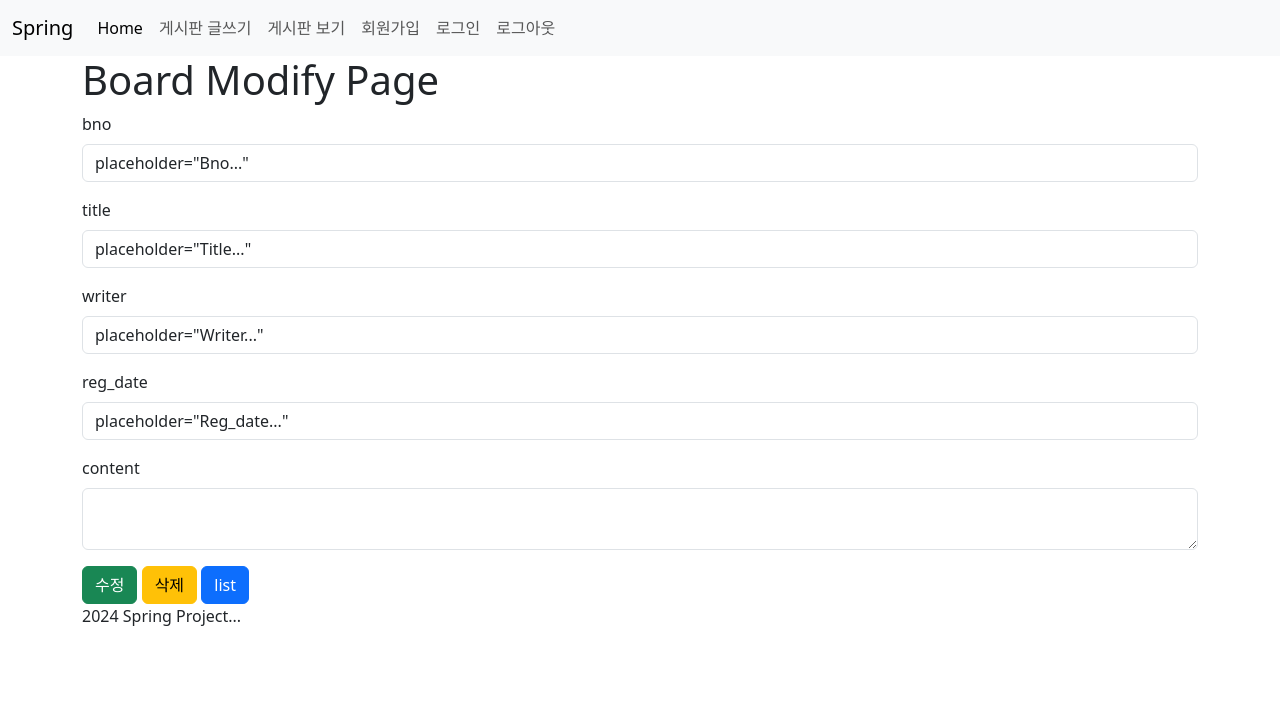
Repository: wanted2001/jsp_project
Page: http://localhost/spring_study/WEB-INF/views/board/modify.jsp
These files come from the project's save history. The page is drawn as it stood at one moment and after the next save; the edit follows.
The browser window is 1280 px wide. The pictures show the whole page.
The page is served by Tomcat 9. Nobody is signed in. The template is opened directly, without the code that normally fills it, so the values that code supplies are empty.

Above is the page before, as saved 2024-04-24 06:13:41.

After the next save:
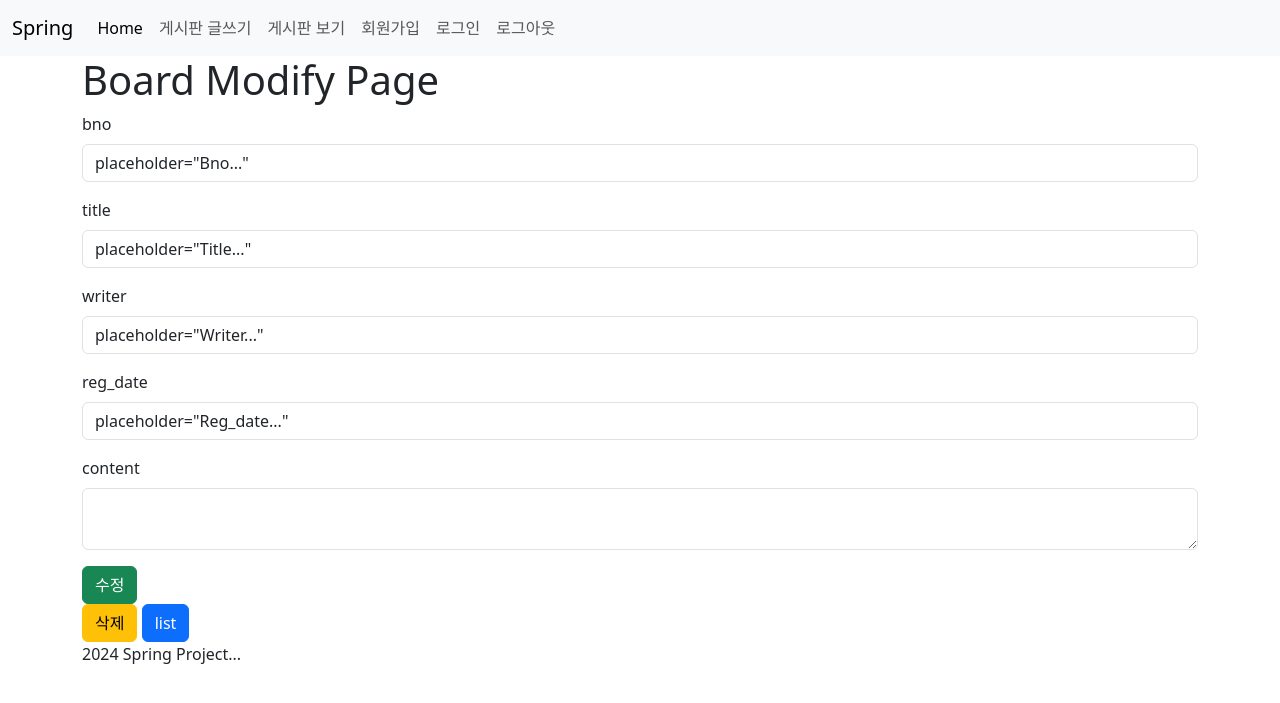
Saved 32 s later.
--- a/spring_study/src/main/webapp/WEB-INF/views/board/modify.jsp
+++ b/spring_study/src/main/webapp/WEB-INF/views/board/modify.jsp
@@ -3,6 +3,7 @@
 <jsp:include page="../layout/header.jsp" />
 <div class="container-md">
 		<h1>Board Modify Page</h1>
+		<form action="">
 		<div class="mb-3">
 	  		<label for="n" class="form-label">bno</label>
 	  		<input type="text" class="form-control" name="bno" id="n"  value=${detail.bno } placeholder="Bno..."  readonly="readonly">
@@ -24,6 +25,7 @@
   			<textarea class="form-control" id="c" name="content"  value=${detail.content }  aria-label="With textarea"  ></textarea>
 		</div>
 		<button type="submit" class="btn btn-success">수정</button>
+		</form>
 		<a href="/board/remove?${detail.bno}"><button type="button" class="btn btn-warning">삭제</button></a>
 		<a href="/board/list"><button type="button" class="btn btn-primary">list</button></a>
 </div>
